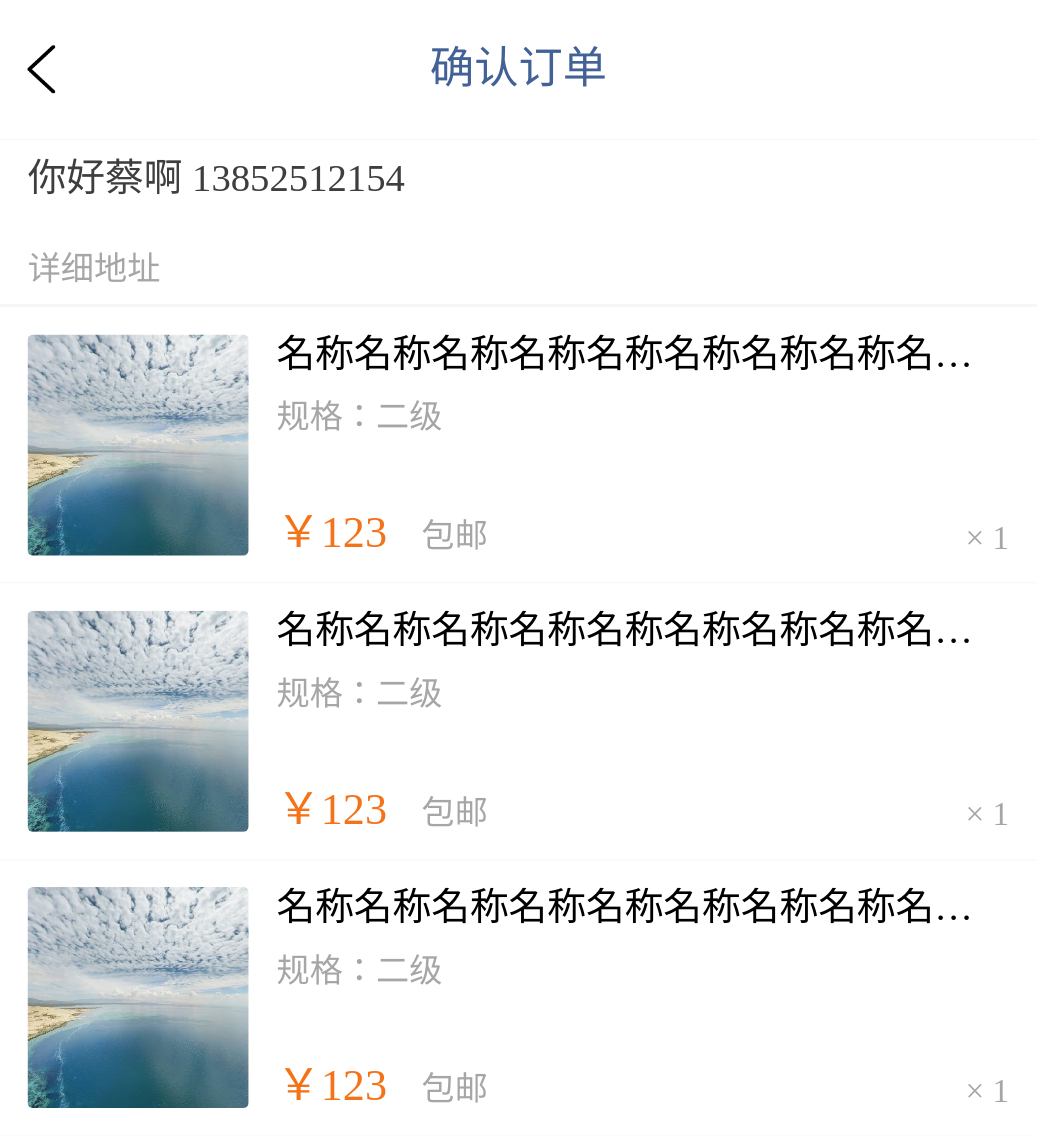
Repository: 421538074/sell
Page: consumer/confirm-order.html
An editor plug-in stored every save of this project. The page is shown before and after the next save, followed by the edit.
The browser window is 1280 px wide. The pictures show the whole page, at 81% of full size.

Above is the page before, as saved 2019-05-31 15:57:03.

### consumer/confirm-order.html
<!DOCTYPE html>
<html lang="en">

<head>
    <meta charset="UTF-8">
    <meta name="viewport" content="width=device-width, initial-scale=1.0">
    <meta http-equiv="X-UA-Compatible" content="ie=edge">
    <title>确认订单</title>
    <link rel="stylesheet" href="../css/base.css">
    <link rel="stylesheet" href="css/common.css">
    <link rel="stylesheet" href="css/confirm-order.css">
</head>

<body>
    <div id="app" class="content">
        <nav @click="back" class="nav-bar-wrapper">
            <img src="../img/back.png" class="back-icon">
            <p class="nav-bar-title">确认订单</p>
        </nav>
        <div class="order-user-info">
            <p class="user-contact">
                你好蔡啊 13852512154
            </p>
            <p class="address-detail">
                详细地址
            </p>
        </div>
        <ul class="order-goods-list-wrapper">
            <li v-for="n in 3" class="order-item">
                <img src="../img/1.jpg" class="goods-icon">
                <div class="goods-detail">
                    <p class="goods-title ellipsis">名称名称名称名称名称名称名称名称名称名称名称名称名称名称名称名称</p>
                    <p class="goods-category">规格：二级</p>
                    <p class="goods-price-num">
                        <span class="price">￥123</span>
                        <span class="post">包邮</span>
                        <span class="num">× 1</span>
                    </p>
                </div>
            </li>
        </ul>
    </div>
    <script src="../js/api.js"></script>
    <script src="../js/jquery.min.js"></script>
    <script src="../js/vue.js"></script>
    <script src="js/vue-mixin.js"></script>
    <script src="js/confirm-order.js"></script>
</body>

</html>

### css/base.css
/* http://meyerweb.com/eric/tools/css/reset/
   v2.0 | 20110126
   License: none (public domain)
*/

html,
body,
div,
span,
applet,
object,
iframe,
h1,
h2,
h3,
h4,
h5,
h6,
p,
blockquote,
pre,
a,
abbr,
acronym,
address,
big,
cite,
code,
del,
dfn,
em,
img,
ins,
kbd,
q,
s,
samp,
small,
strike,
strong,
sub,
sup,
tt,
var,
b,
u,
i,
center,
dl,
dt,
dd,
ol,
ul,
li,
fieldset,
form,
label,
legend,
table,
caption,
tbody,
tfoot,
thead,
tr,
th,
td,
article,
aside,
canvas,
details,
embed,
figure,
figcaption,
footer,
header,
hgroup,
menu,
nav,
output,
ruby,
section,
summary,
time,
mark,
audio,
video {
    margin: 0;
    padding: 0;
    border: 0;
    font-size: 100%;
    font: inherit;
    vertical-align: baseline;
}

/* HTML5 display-role reset for older browsers */
article,
aside,
details,
figcaption,
figure,
footer,
header,
hgroup,
menu,
nav,
section {
    display: block;
}

body {
    line-height: 1;
}

ol,
ul {
    list-style: none;
}

blockquote,
q {
    quotes: none;
}

blockquote:before,
blockquote:after,
q:before,
q:after {
    content: '';
    content: none;
}

table {
    border-collapse: collapse;
    border-spacing: 0;
}


body,
html {
    font-size: calc(100vw / 37.5) !important;
    font-family: PingFangSC-Medium;
    background: #F2F2F2;
}


[v-cloak] {
    display: none;
}


hr {
    margin: 0;
    padding: 0;
}

.clearfix {
    zoom: 1;
}

.clearfix:after {
    content: ".";
    display: block;
    visibility: hidden;
    height: 0;
    clear: both;
}

[v-cloak] {
    display: none;
}

### consumer/css/common.css
*{
    box-sizing: border-box;
}
html,body{
    background: #f6f6f6;
}
html,body,div.content{
    height: 100%;
}
/*底部菜单栏*/
nav.tool-bar-wrapper {
    height: 5rem;
    background: #ffffff;
    display: flex;
    align-items: center;
    justify-content: space-around;
}
a.nav-item {
    color: #888888;
    text-decoration: none;
    font-size: 1.5rem;
    display: flex;
    flex-direction: column;
    align-items: center;
    justify-content: space-around;
    height: 90%;
}
a.nav-item.active{
    color: #0093FF;
}
img.nav-item-icon{
    width: 1.5rem;
    height: 1.5rem;
}
.ellipsis{
    overflow: hidden;
    white-space: nowrap;
    text-overflow: ellipsis;
}
/*顶部返回栏 */
nav.nav-bar-wrapper {
    background: #FFFFFF;
    height: 5rem;
    display: flex;
    align-items: center;
    justify-content: space-around;
    position: fixed;
    width: 100%;
    top: 0;
    z-index: 2;
    font-size: 1.6rem;
    color: #426196;
}
img.back-icon {
    position: absolute;
    width: 1rem;
    left: 1rem;
}

### consumer/css/confirm-order.css
div.content{
    padding-top: 5rem;
}
.order-user-info {
    height: 6rem;
    background: #FFFFFF;
    border-top: 2px solid #f6f6f6;
    padding: 1rem;
    display: flex;
    justify-content: center;
    flex-direction: column;
}
p.user-contact {
    color: #3E3E3E;
    font-size: 1.4rem;
}
p.user-contact,p.address-detail {
    margin: 1rem 0;
}
p.address-detail {
    color: #A6A6A6;
    font-size: 1.2rem;
}
ul.order-goods-list-wrapper {
    margin-top: 0.1rem;
    background: #FFFFFF;
}
img.goods-icon {
    width: 8rem;
    height: 8rem;
    border-radius: 0.2rem;
}
li.order-item {
    height: 10rem;
    display: flex;
    align-items: center;
    padding: 1rem;
    border-bottom: 1px solid #f6f6f6;
}
.goods-detail {
    height: 100%;
    flex: 1;
    width: calc(100% - 8rem);
    padding-left: 1rem;
    position: relative;
}
p.goods-title {
    color: #000000;
    font-size: 1.4rem;
    margin-bottom: 1rem;
}
p.goods-category {
    color: #A6A6A6;
    font-size: 1.2rem;
    margin-bottom: 1rem;
}
p.goods-price-num {
    position: absolute;
    bottom: 0;
    left: 1rem;
    width: calc(100% - 1rem);
}
span.price {
    color: #F47319;
    font-size: 1.6rem;
}
span.post {
    color: #A6A6A6;
    font-size: 1.2rem;
    margin-left: 1rem;
}
span.num {
    position: absolute;
    color: #A6A6A6;
    font-size: 1.2rem;
    bottom: 0;
    right: 0;
}

### js/api.js
function getUrlKey(name) {
    return decodeURIComponent((new RegExp('[?|&]' + name + '=' + '([^&;]+?)(&|#|;|$)').exec(location.href) || [, ""])[1].replace(/\+/g, '%20')) || null;
}


// window.warn = {
//     alert: function alert(msg) {
//         var template = `
// `
//         $('body').append(template);
//         $('.alert-body').animate({
//             top: "40px"
//         }, 200);
//         // setTimeout(function () {
//         //     warn.close();
//         // }, 1500);
//     },
//     close: function close() {
//         $('.alert-body').animate({
//             top: "-280px"
//         }, 200);
//         setTimeout(function () {
//             $('#alert-msg').remove();
//         }, 200);
//     }
// };

### consumer/js/vue-mixin.js
Vue.mixin({
    methods: {
        /**
         * 返回
         */
        back() {
            history.go(-1);
        },
        /**
         * 限制长度
         * @param {String} 要限制长度的字段
         * @param {Number} 长度
         */
        limitLength(key, length) {
            this[key] = this[key].substring(0, length);
        },
        /**
         * 验证11位手机号
         * @param {Number} phone
         */
        validatePhone(phone) {
            const phoneReg = /^[1-9][0-9]{9}[0-9]$/;
            return phoneReg.test(phone);
        },
        /**
         * 发送手机验证码
         * @param {Number} waitTimeKey 等待时间键名
         * @param {String} tipsKey 发送验证码显示的信息的键名
         * @param {String} phoneKey 手机号键名
         * @param {String} reSendMsg  按钮默认显示的文字
         */
        sendCode(waitTimeKey, tipsKey, phoneKey, defaultMsg) {
            if (!this.validatePhone(this[phoneKey])) {
                alert('无效手机号!');
                return;
            }
            if (this[waitTimeKey] == 60) {
                $.post('', {
                        phone: this[phoneKey]
                    }, (res) => {
                        if (res.status == 1) {
                            const interval = setInterval(() => {
                                if (this[waitTimeKey] == 1) {
                                    this[waitTimeKey] = 60;
                                    this[tipsKey] = defaultMsg;
                                    clearInterval(interval);
                                    return;
                                }
                                this[waitTimeKey] -= 1;
                                this[tipsKey] = `${this[waitTimeKey]}s`;
                            }, 1000);
                        } else {
                            alert('发送失败!');
                        }
                    }, 'json')
                    .fail(err => {
                        alert('服务器异常!');
                    });
            }
        },
        /**
         * 链接跳转
         * @param {String} url
         */
        linkTo(url) {
            window.location.href = url;
        }
    },
    filters: {

    }
})

### consumer/js/confirm-order.js
new Vue({
    el:'#app'
});

Loaded but not shown: js/jquery.min.js (library); js/vue.js (library)

After the next save:
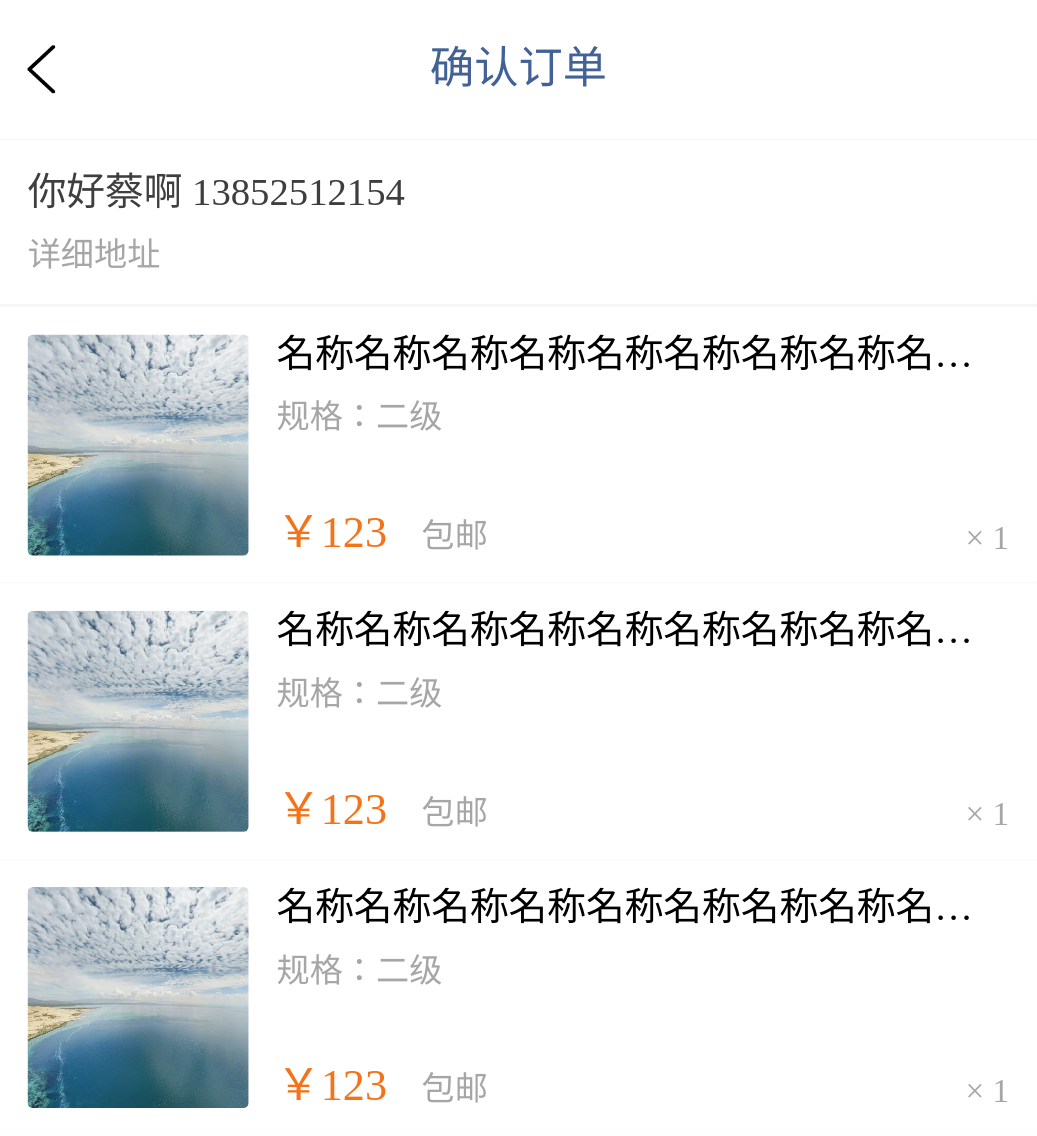
Saved 10 s later.
--- a/consumer/css/confirm-order.css
+++ b/consumer/css/confirm-order.css
@@ -15,7 +15,7 @@ p.user-contact {
     font-size: 1.4rem;
 }
 p.user-contact,p.address-detail {
-    margin: 1rem 0;
+    margin: 0.5rem 0;
 }
 p.address-detail {
     color: #A6A6A6;
